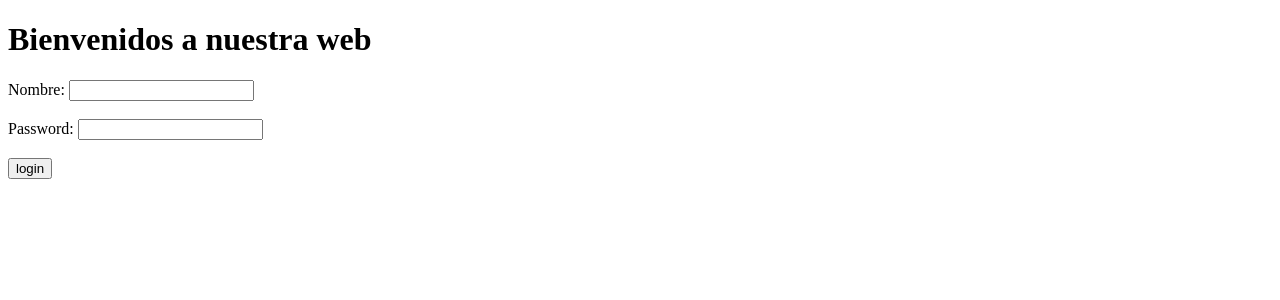
Repository: fjbalbuena71/java_nociones
Page: 05_Web/WebContent/Inicio.html
These files come from the project's save history. The page is drawn as it stood at one moment and after the next save; the edit follows.
The browser window is 1280 px wide. The pictures show the whole page.

Above is the page before, as saved 2019-04-25 07:29:39.

### 05_Web/WebContent/Inicio.html
<!DOCTYPE html>
<html>
<head>
<meta charset="UTF-8">
<title>Insert title here</title>
</head>
<body>
	<h1>Bienvenidos a nuestra web</h1>
	<!--  esto es un comentario.
	Esto es lo que se envia al servidor cuando escribes en el form los campos
	 GET http://localhost:8080/05_Web/inventado?nombreUsuario=yuyyu&passwordUsuario=uiuiu
	 -->
	<form action="inventado">
		Nombre: <input type="text" name="nombreUsuario"></input>
		<br/><br/>
		Password: <input type="password" name="passwordUsuario"></input>
		<br/><br/>
		<input type="submit" value="login"></input>
	</form>
</body>
</html>

After the next save:
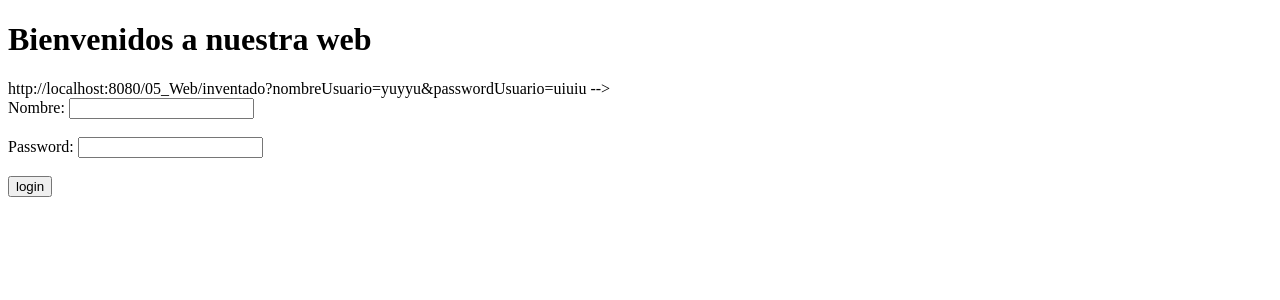
Saved 87 s later.
--- a/05_Web/WebContent/Inicio.html
+++ b/05_Web/WebContent/Inicio.html
@@ -8,9 +8,9 @@
 	<h1>Bienvenidos a nuestra web</h1>
 	<!--  esto es un comentario.
 	Esto es lo que se envia al servidor cuando escribes en el form los campos
-	 GET http://localhost:8080/05_Web/inventado?nombreUsuario=yuyyu&passwordUsuario=uiuiu
+	 GET los parametros van dentro de url -->http://localhost:8080/05_Web/inventado?nombreUsuario=yuyyu&passwordUsuario=uiuiu
 	 -->
-	<form action="inventado">
+	<form action="inventado" metohd="post">
 		Nombre: <input type="text" name="nombreUsuario"></input>
 		<br/><br/>
 		Password: <input type="password" name="passwordUsuario"></input>
